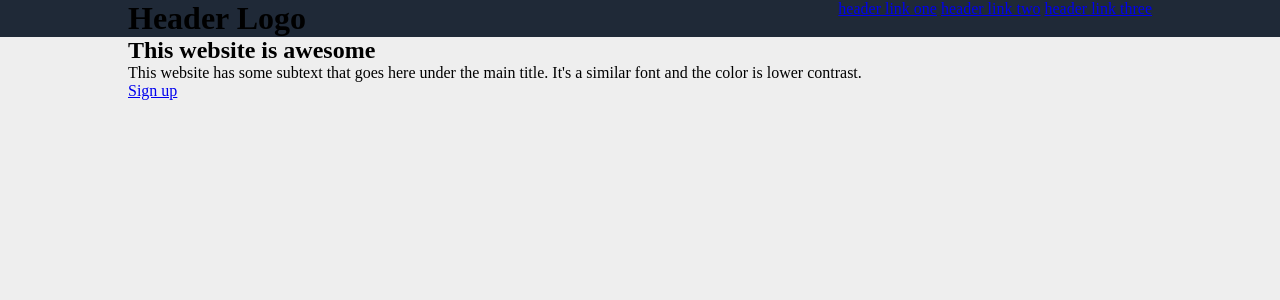
Repository: Pafestivo/Dummy-Landing-Page
Page: index.html
The author's editor kept a copy of each file at every save. The page is drawn from the files as they stood at one save, then again after the next save.
The browser window is 1280 px wide. The pictures show the whole page.

Above is the page before, as saved 2022-09-26 17:40:27.

After the next save:
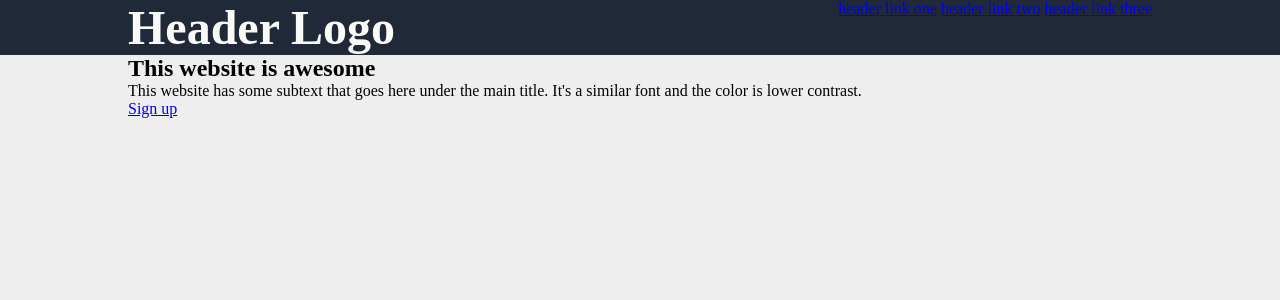
Saved 51 s later.
--- a/styles.css
+++ b/styles.css
@@ -19,6 +19,12 @@ header {
   background-color: #1F2937;
 }
 
+header h1 {
+  font-size: 48px;
+  font-weight: extra-bold;
+  color: #F9FAF8;
+}
+
 header .container {
   display: flex;
   justify-content: space-between;
